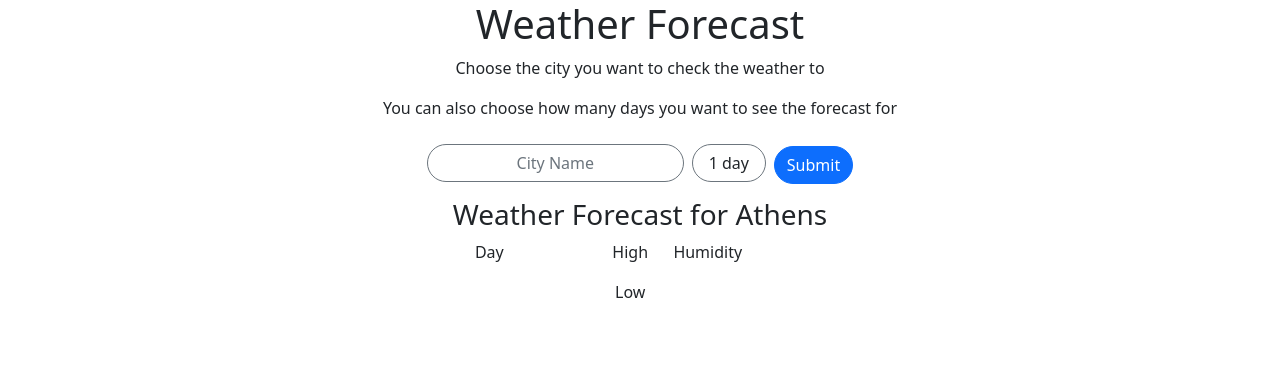
Repository: DimitrisDoxopoulos/my-own-weather-app
Page: /
The author's editor kept a copy of each file at every save. The page is drawn from the files as they stood at one save, then again after the next save.
The browser window is 1280 px wide. The pictures show the whole page.
The project was rebuilt for these pictures with package versions that can differ from the ones it lists, and the page was loaded fresh each time.

Above is the page before, as saved 2021-06-03 19:52:18.

After the next save:
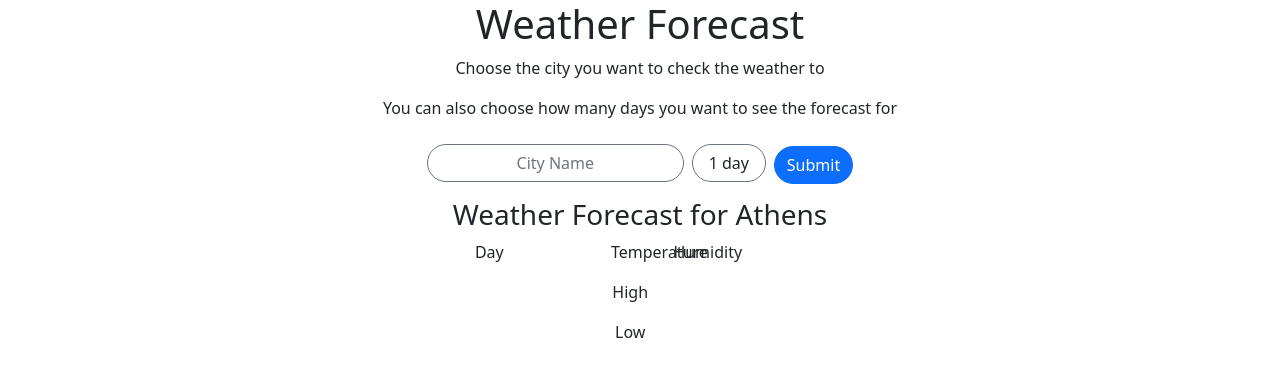
Saved 25 s later.
--- a/src/components/WeatherForecast.js
+++ b/src/components/WeatherForecast.js
@@ -13,6 +13,7 @@ const WeatherForecast = () => {
                         <image src="" alt='weather icon' />
                     </div>
                     <div className="col-sm-2">
+                        <p>Temperature</p>
                         <p>High</p>
                         <p>Low</p>
                     </div>
